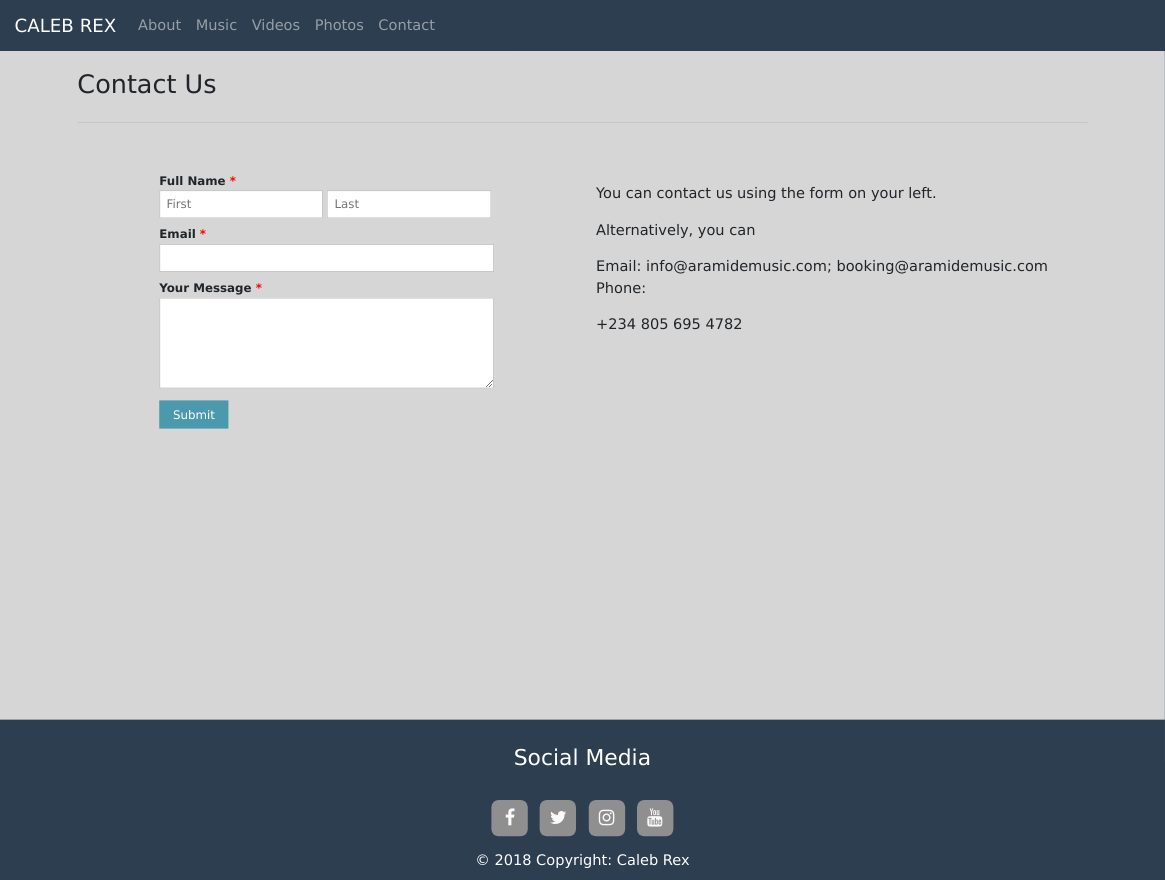
Repository: IchaTreasure/caleb-rex
Page: contact.html
The author's editor kept a record of every edit. The page is drawn from the files as they stood at one moment, then again after the next edit.
The browser window is 1280 px wide. The pictures show the whole page, at 91% of full size.
Some web libraries are served in a nearby version.

Above is the page before.

After the next edit:
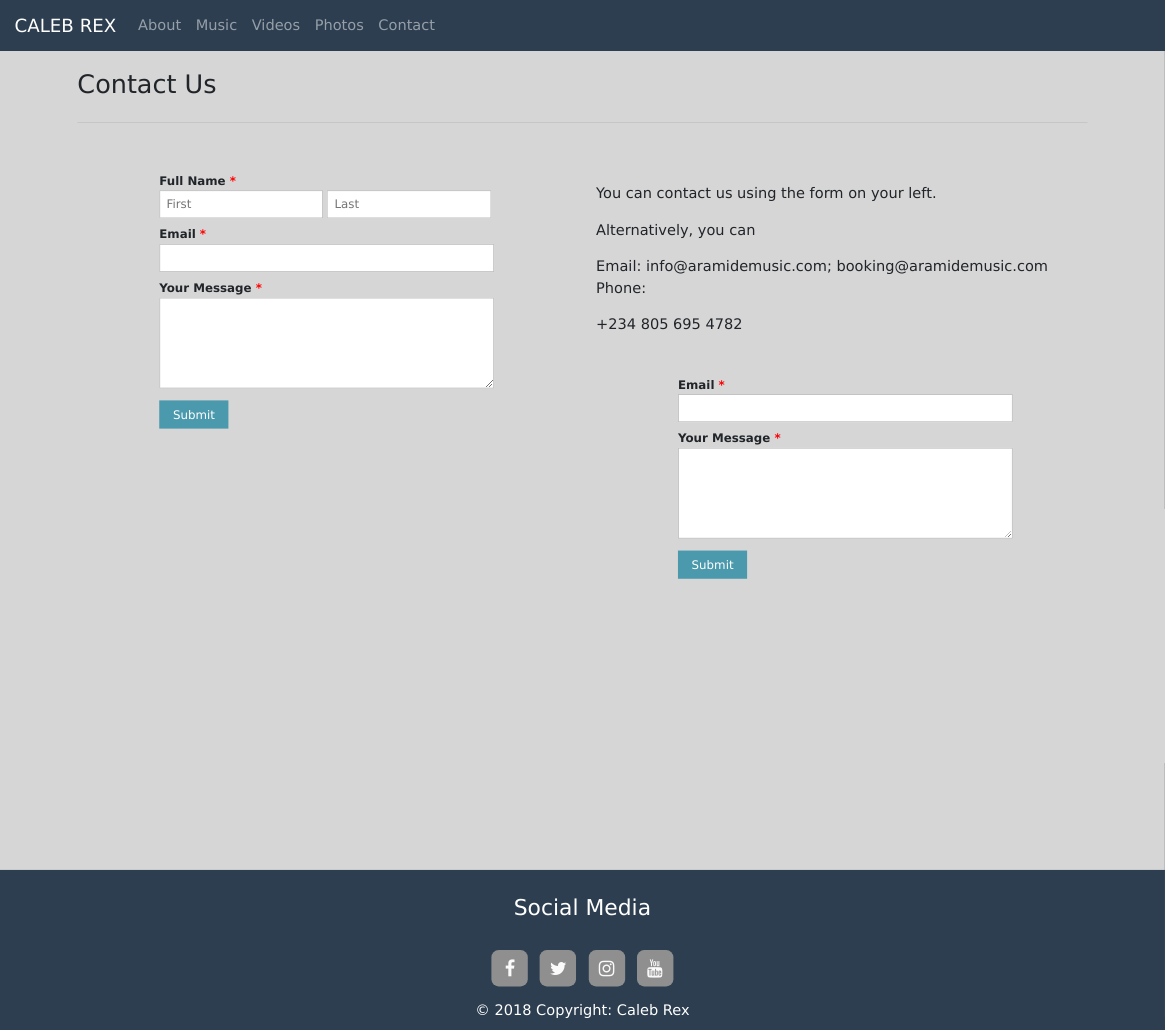
The edit:
--- a/contact.html
+++ b/contact.html
@@ -89,6 +89,22 @@
                     <p>
                         +234 805 695 4782
                     </p>
+
+                    <form action="mailto:treasureicha82@gmail.com" method="post" enctype="text/plain" style="padding-bottom: 300px">
+                        <ul class="form-style-1">
+                            <li>
+                                <label>Email <span class="required">*</span></label>
+                                <input type="email" name="email" class="field-long" />
+                            </li>
+                            <li>
+                                <label>Your Message <span class="required">*</span></label>
+                                <textarea name="message" id="message" class="field-long field-textarea"></textarea>
+                            </li>
+                            <li>
+                                <input type="submit" value="Submit" />
+                            </li>
+                        </ul>
+                    </form>
                 </div>
             </div>
         </div>
